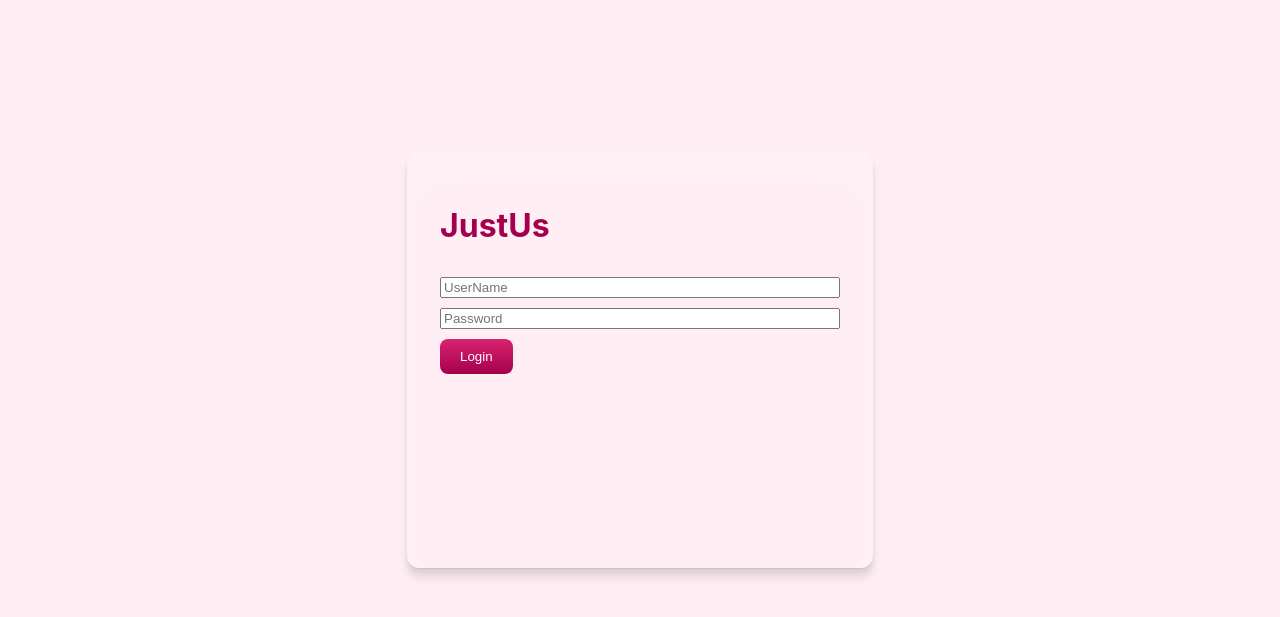
Repository: AfifaNoor/JustUs_ReactJs
Page: /
The author's editor kept a copy of each file at every save. The page is drawn from the files as they stood at one save, then again after the next save.
The browser window is 1280 px wide. The pictures show the whole page.
The project was rebuilt for these pictures with package versions that can differ from the ones it lists, and the page was loaded fresh each time.

Above is the page before, as saved 2025-07-14 15:54:37.

### public/index.html
<!DOCTYPE html>
<html lang="en">
  <head>
    <meta charset="utf-8" />
    <link rel="icon" href="%PUBLIC_URL%/favicon.ico" />
    <meta name="viewport" content="width=device-width, initial-scale=1" />
    <meta name="theme-color" content="#000000" />
    <meta
      name="description"
      content="Web site created using create-react-app"
    />
    <link rel="apple-touch-icon" href="%PUBLIC_URL%/logo192.png" />
    <!--
      manifest.json provides metadata used when your web app is installed on a
      user's mobile device or desktop. See https://developers.google.com/web/fundamentals/web-app-manifest/
    -->
    <link rel="manifest" href="%PUBLIC_URL%/manifest.json" />
    <!--
      Notice the use of %PUBLIC_URL% in the tags above.
      It will be replaced with the URL of the `public` folder during the build.
      Only files inside the `public` folder can be referenced from the HTML.

      Unlike "/favicon.ico" or "favicon.ico", "%PUBLIC_URL%/favicon.ico" will
      work correctly both with client-side routing and a non-root public URL.
      Learn how to configure a non-root public URL by running `npm run build`.
    -->
    <title>Just Us</title>
  </head>
  <body>
    <noscript>You need to enable JavaScript to run this app.</noscript>
    <div id="root"></div>
    <!--
      This HTML file is a template.
      If you open it directly in the browser, you will see an empty page.

      You can add webfonts, meta tags, or analytics to this file.
      The build step will place the bundled scripts into the <body> tag.

      To begin the development, run `npm start` or `yarn start`.
      To create a production bundle, use `npm run build` or `yarn build`.
    -->
  </body>
</html>

### src/App.js
import React from 'react'
import LoginPage from './LoginPage'

const App = () => {
  return (
    <div>
      <LoginPage/>
    </div>
  )
}

export default App

### src/LoginPage.jsx
import React from 'react';
import "./LoginPage.css"

const LoginPage = () => {
  return (
    <div className='login-container'>
      <form className='form-container'>
      <div className='logo'>
        <h1> JustUs </h1>
      </div>
      <input
      className='form-input'
      type='text'
      placeholder='UserName'
      required

      />
      <input
      className='form-input'
      type='password'
      placeholder='Password'
      required

      />
      <div>
        <button className='btn-login'> Login</button>
      </div>

      </form>
    </div>
  )
}

export default LoginPage

### src/LoginPage.css
.login-container {
  width: 100%;
  height: 100vh;
  opacity: 1;
  transform: rotate(0deg);
  display: flex;
  justify-content: center;
  align-items: center;
  /* background: linear-gradient(#FFEFF4, #FDEAEF); */
  background-color: #FFEFF4;
  flex-direction: column;
  position: relative;


}

h1,h2,h3 {
  color: #A4004E;
}

.btn-login {
  background: linear-gradient(180deg, #D9236E 0%, #A4004E 100%);
  color: #ffffff;
  border: none;
  padding: 10px 20px;
  border-radius: 8px;
}

.form-container{
    width: 400px;
    height: 350px;
    border-radius: 12px;
    padding: 32px;
    gap:10px;
    flex-direction: column;
    display: flex;
    z-index: 1;
    border: 1px solid transparent;
    border-image-slice: 1;
    box-shadow:
  0px 10px 10px 0px rgba(0, 0, 0, 0.10),
  0px 4px 4px 0px rgba(0, 0, 0, 0.05),
  0px 1px 0px 0px rgba(0, 0, 0, 0.05),
  inset 0px 20px 50px 0px rgba(255, 255, 255, 0.15);
}

.form-input{

}

Loaded but not shown: src/index.js (common file); src/index.css (common file); src/reportWebVitals.js (common file)

After the next save:
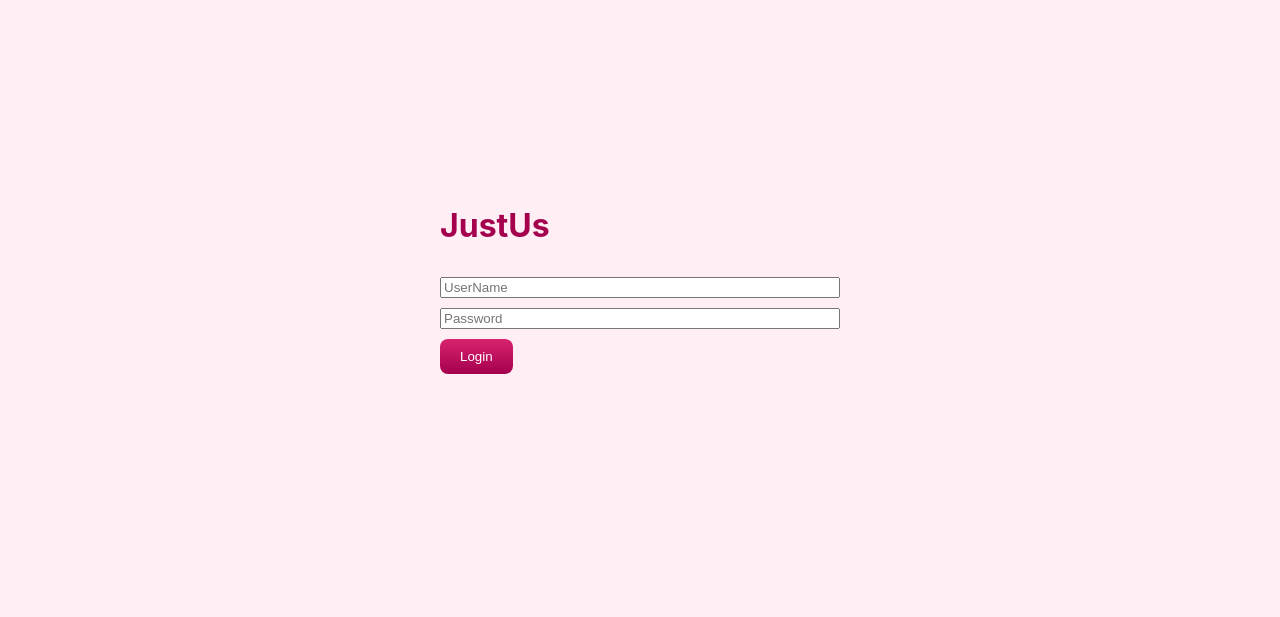
Saved 25 s later.
--- a/src/LoginPage.css
+++ b/src/LoginPage.css
@@ -37,6 +37,8 @@
     z-index: 1;
     border: 1px solid transparent;
     border-image-slice: 1;
+    -webkit-backdrop-filter: blur(20px);
+    backdrop-filter: blur(20px)
     box-shadow:
   0px 10px 10px 0px rgba(0, 0, 0, 0.10),
   0px 4px 4px 0px rgba(0, 0, 0, 0.05),

After the save that followed:
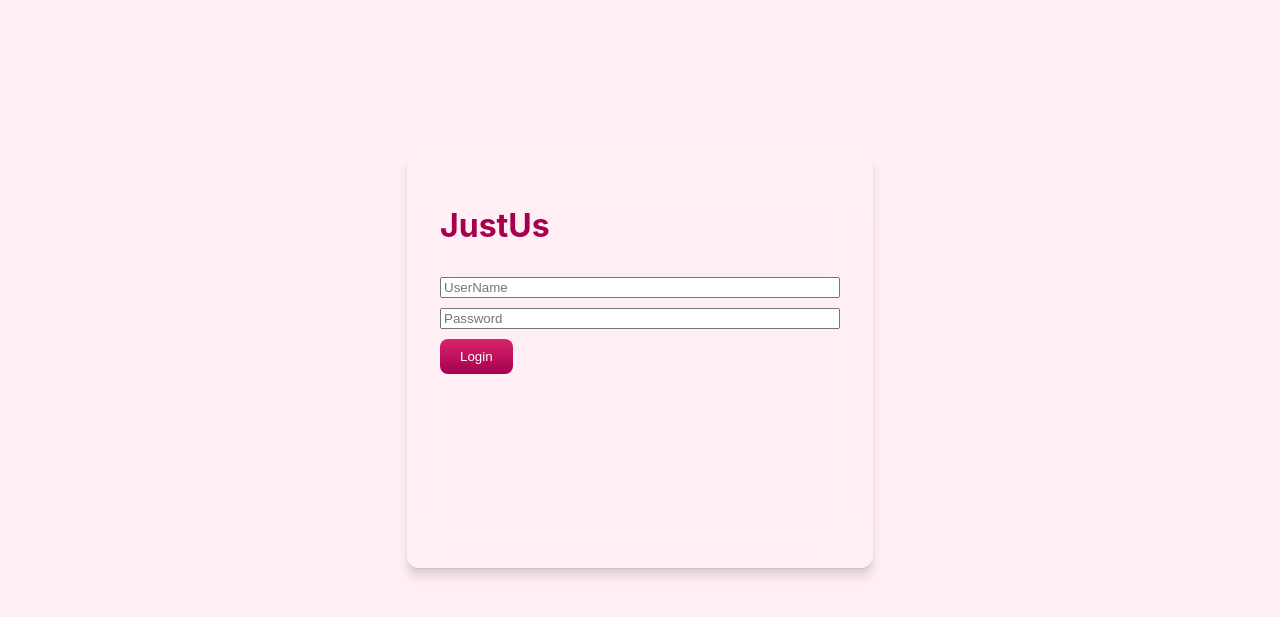
Saved 5 s later.
--- a/src/LoginPage.css
+++ b/src/LoginPage.css
@@ -38,7 +38,8 @@
     border: 1px solid transparent;
     border-image-slice: 1;
     -webkit-backdrop-filter: blur(20px);
-    backdrop-filter: blur(20px)
+    backdrop-filter: blur(20px);
+
     box-shadow:
   0px 10px 10px 0px rgba(0, 0, 0, 0.10),
   0px 4px 4px 0px rgba(0, 0, 0, 0.05),
